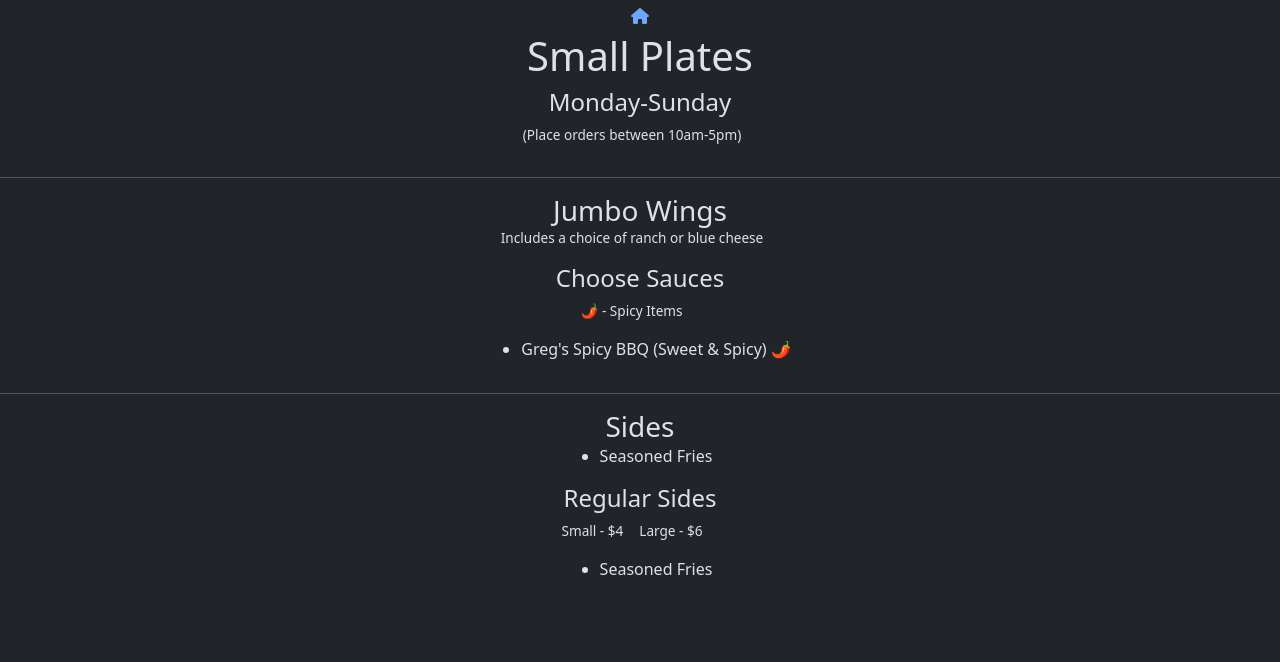
Repository: dukedward/smokehousemenu
Page: plates/index.html
These files come from the project's save history. The page is drawn as it stood at one moment and after the next save; the edit follows.
The browser window is 1280 px wide. The pictures show the whole page.
Some web libraries are served in a nearby version.

Above is the page before, as saved 2023-03-06 13:18:06.

### plates/index.html
<!DOCTYPE html>
<html lang="en" data-bs-theme="dark">
<head>
    <meta charset="UTF-8">
    <meta http-equiv="X-UA-Compatible" content="IE=edge">
    <meta name="viewport" content="width=device-width, initial-scale=1.0">
    <link rel="stylesheet" href="https://cdnjs.cloudflare.com/ajax/libs/font-awesome/6.3.0/css/all.min.css" integrity="sha512-SzlrxWUlpfuzQ+pcUCosxcglQRNAq/DZjVsC0lE40xsADsfeQoEypE+enwcOiGjk/bSuGGKHEyjSoQ1zVisanQ==" crossorigin="anonymous" referrerpolicy="no-referrer" />
    <link href="https://cdn.jsdelivr.net/npm/bootstrap@5.3.0-alpha1/dist/css/bootstrap.min.css" rel="stylesheet" integrity="sha384-GLhlTQ8iRABdZLl6O3oVMWSktQOp6b7In1Zl3/Jr59b6EGGoI1aFkw7cmDA6j6gD" crossorigin="anonymous">
    <link rel="stylesheet" href="../style.css" />
    <link rel="shortcut icon" href="../images/favicon.ico" type="image/x-icon">
    <title>Small Plates</title>
</head>
<body>
    <div class="title">
        <a href="/">
            <i class="fa-solid fa-house mt-2 mb-2"></i>
        </a>
        <h1>Small Plates</h1>
        <h4>Monday-Sunday</h4>
        <p>(Place orders between 10am-5pm)</p>
    </div>
    <!-- <hr>
    <div class="sections">
        <div class="sect">
            <h3>Jumbo Wings</h3>
            <div class="desc">
                <p>Includes a choice of ranch or blue cheese</p>
            </div>
            <div class="sub-sect">
                <h4>Choose Amount:</h4>
                <ul>
                    <li>5pc - $7.50</li>
                    <li>10pc - $13</li>
                    <li>20pc - $22</li>
                    <li>30pc - $31</li>
                </ul>
            </div>
            <div class="sub-sect">
                <h4>Choose Style:</h4>
                <ul>
                    <li>Traditional Fried</li>
                    <li>Smoke Fried</li>
                    <li>Signature Wild Wings</li>
                </ul>
            </div>
            <div class="sub-sect">
                <h4>Choose Sauces:</h4>
                <div class="desc">
                    <p>🌶️ - Spicy items</p>
                </div>
                <ul>
                    <li>Greg's Sweet BBQ</li>
                    <li>Sweet Teriyaki</li>
                    <li>Garlic Parmesan</li>
                    <li>Honey Mustard</li>
                    <li>Lemon Pepper</li>
                    <li>Carolina Gold 🌶️</li>
                    <li>Buffalo Sauce 🌶️</li>
                    <li>Hot Garlic 🌶️</li>
                    <li>Hot Honey Garlic 🌶️</li>
                    <li>Greg's Spicy BBQ (Sweet & Spicy) 🌶️</li>
                    <li>Honey Sriracha 🌶️</li>
                    <li>Spicy Honey Mustard 🌶️</li>
                    <li>Sweet Thai Chili 🌶️</li>
                </ul>
            </div>
        </div>
        <hr>
        <div class="sect">
            <h3>Smoked Pork Ribs</h3>
            <ul>
                <li>(2) Bone - $7</li>
                <li>Half Rack - $17.50</li>
                <li>Full Rack - $33</li>
            </ul>
            <h3>Smoked Beef Ribs</h3>
            <ul>
                <li>(1) Bone - $15</li>
                <li>(2) Bones - $25</li>
            </ul>
        </div>
        <hr>
        <div class="sect">
            <h3>Regular Sides</h3>
            <div class="desc">
                <p>Small - $4</p>
                <p>Large - $6</p>
            </div>
            <ul>
                <li>Seasoned Fries</li>
                <li>Tater Tots</li>
            </ul>
            <h3>Specialty Sides</h3>
            <div class="desc">
                <p>Cup - $7</p>
                <p>Pint - $12</p>
                <p>Quart - $21</p>
            </div>
            <ul>
                <li>White chedder Mac-n-Cheese</li>
                <li>Mommas Baked Beans (made w/ beef)</li>
                <li>Southern Green Beans (made w/ Turkey)</li>
            </ul>
            <h3>Garlic Toast</h3>
            <ul>
                <li>Small Basket (3) - $4</li>
                <li>Large Basket (6) - $6</li>
            </ul>
        </div>
        <hr>
        <div class="sect">
            <h3>Plates</h3>
            <div class="desc">
                <p>Includes 1 side & garlic toast</p>
                <p>$3 extra for specialty sides</p>
            </div>
            <ul>
                <li>Fried Shrimp Plate - $16</li>
                <li>Fried Catfish Plate - $16</li>
                <li>Small Wing Plate (5) - $10</li>
                <li>Large Wing Plate (10) - $16</li>
                <li>Chicken Finger Plate (4) - $12</li>
                <li>BBQ Chicken Plate (Leg & Thigh) - $11</li>
                <li>Fried Chicken Plate (Leg & Thigh) - $12</li>
                <li>Pulled Pork (1/2 lb) - $13</li>
                <li>Pork Rib Plate (4) - $15</li>
                <li>Beef Short Rib Plate (1/2 lb) - $20</li>
                <li>Smoked Sausage (1 lb Sliced) - $12</li>
            </ul>
        </div>
        <hr>
        <div class="sect">
            <h3>Sandwiches</h3>
            <div class="desc">
                <p>Includes one side</p>
            </div>
            <ul>
                <li>Chicken Sandwich - $13</li>
                <li>Short Rib Sandwich - $18</li>
                <li>Sausage & Peppers Pork - $15</li>
                <li>Cheese Burger - $11</li>
            </ul>
            <h3>Sliders</h3>
            <div class="desc">
                <p>Includes one side and sauce of choice</p>
            </div>
            <ul>
                <li>Chicken Sliders - $12</li>
                <li>Pulled Pork Sliders - $14</li>
                <li>Beef Short Rib Sliders - $16</li>
                <li>Mix-n-Match Sliders - $15</li>
            </ul>
        </div>
        <hr>
        <div class="sect">
            <h3>Add Ons</h3>
            <ul>
                <li>Side Shrimp (1/4 lb) - $7</li>
                <li>Catfish (1) - $7</li>
                <li>Chicken Finger (1) - $3</li>
                <li>Pork Sausage (1) - $7</li>
            </ul>
        </div>
    </div> -->
    <div class="bottom"></div>
    <script src="https://cdn.jsdelivr.net/npm/bootstrap@5.3.0-alpha1/dist/js/bootstrap.bundle.min.js" integrity="sha384-w76AqPfDkMBDXo30jS1Sgez6pr3x5MlQ1ZAGC+nuZB+EYdgRZgiwxhTBTkF7CXvN" crossorigin="anonymous"></script>
    <script src="../script.js"></script>
</body>
</html>

### style.css
.container {
    height: 100vh;
}

.title {
	display: flex;
	flex-direction: column;
	justify-content: center;
	align-items: center;
}

.sections {
	display: grid;
}

.sect, .sub-sect {
	display: flex;
	flex-direction: column;
	justify-content: left;
	align-items: center;
}

.sect h2,h3 {
    margin-bottom: 0;
}

.desc {
    display: flex;
    flex-direction: row;
    justify-content: space-between;
}

.desc p,.title p {
    padding-right: 1rem;
    font-size: .85rem;
}

### script.js
// Collecting DOM Elements
const bottom = document.querySelector('.bottom');
const sections = document.querySelector('.sections');

// API Data
const categories = [
    {
        name: 'Jumbo Wings',
        hasSubSection: true,
        description: [
            {
                text: 'Includes a choice of ranch or blue cheese',
            },
        ],
    },{
        name: 'Sides',
        hasSubSection: true,
        description: [],
    },
];
const products = [
    {
        name: 'Greg\'s Spicy BBQ (Sweet & Spicy) 🌶️',
        image: '',
        price: 0,
        category: {
            _id: '640533ab345c72c36a197c35',
            name: 'Jumbo Wings'
        },
    }, {
        name: 'Seasoned Fries',
        image: '',
        price: 0,
        category: {
            _id: '87689736897163987',
            name: 'Sides'
        }
    }
];
const subCategories = [
    {
        name: 'Choose Sauces',
        description: [
            {
                text: '🌶️ - Spicy Items',
            },
        ],
        category: {
            _id: '640533ab345c72c36a197c35',
            name: 'Jumbo Wings'
        },
    }, {
        name: 'Regular Sides',
        description: [
            {
                text: 'Small - $4'
            },
            {
                text: 'Large - $6'
            }
        ],
        category: {
            _id: '87689736897163987',
            name: 'Sides'
        }
    }
];

document.body.onload = addSection;

function addSection() {
    let catName, subCatName, prodName = ''
    for(i=0; i < categories.length; i++) {
            catName = categories[i].name;
            // create a new div element
            const lineBreak = document.createElement("hr");
            const newDiv = document.createElement("div");
            newDiv.className = "sect";

            // and give it some content
            // Section Title
            const newSectTitle = document.createElement("h3");
            newSectTitle.innerHTML = catName;

            // Section Description
            console.log(categories[i].description.length);
            const newDesc = document.createElement("div");
            newDesc.className = "desc";
            for(e=0; e < categories[i].description.length; e++ ) {
                const newDescText = document.createElement("p");
                newDescText.innerHTML = categories[i].description[i].text;
                // console.log(categories[i].description[i].text);
                newDesc.appendChild(newDescText);
            }

            if(categories[i].hasSubSection === true) {
                for (s=0; s < subCategories.length; s++) {
                    subCatName = subCategories[s].category.name
                    if (catName === subCatName) {
                        // Sub Section
                        const newSubSect = document.createElement("div");
                        newSubSect.className = "sub-sect";

                        // Sub Section Title
                        const newSubSectTitle = document.createElement("h4");
                        newSubSectTitle.innerHTML = subCategories[s].name;

                        // Sub Section Description
                        const newSubSectDesc = document.createElement('div');
                        newSubSectDesc.className = "desc";
                        for (d=0; d < subCategories[s].description.length; d++) {
                            const newSubSectDescText = document.createElement("p");
                            newSubSectDescText.innerHTML = subCategories[s].description[d].text;
                            newSubSectDesc.appendChild(newSubSectDescText);

                            // Sub Section List
                            const newSubSectList = document.createElement('ul');
                            for (p=0; p < products.length; p++) {
                                prodName = products[p].category.name
                                if (catName === prodName) {
                                    const newSubSectListItem = document.createElement('li');
                                    newSubSectListItem.innerHTML = products[p].name
                                    newSubSectList.appendChild(newSubSectListItem)
                                }

                            }
                            // Appending all elements to Sub Section
                            newSubSect.appendChild(newSubSectTitle)
                            newSubSect.appendChild(newSubSectDesc)
                            newSubSect.appendChild(newSubSectList)

                            // Appending all elements to Parent Div
                            newDiv.appendChild(newSectTitle);
                            newDiv.appendChild(newDesc);
                            newDiv.appendChild(newSubSect)
                        }
                    }
                }
            } else {
                //  Section List
                const newSectList = document.createElement('ul');
                for (p=0; p < products.length; p++) {
                    const newSectListItem = document.createElement('li');
                    newSectListItem.innerHTML = products[p].name
                    newSectList.appendChild(newSectListItem)
                }

                // Appending all elements to Parent Div
                newDiv.appendChild(newSectTitle);
                newDiv.appendChild(newDesc);
                newDiv.appendChild(newSectList)
            }

            // add the newly created element and its content into the DOM
            document.body.insertBefore(lineBreak, bottom)
            document.body.insertBefore(newDiv, bottom)
            }
}

After the next save:
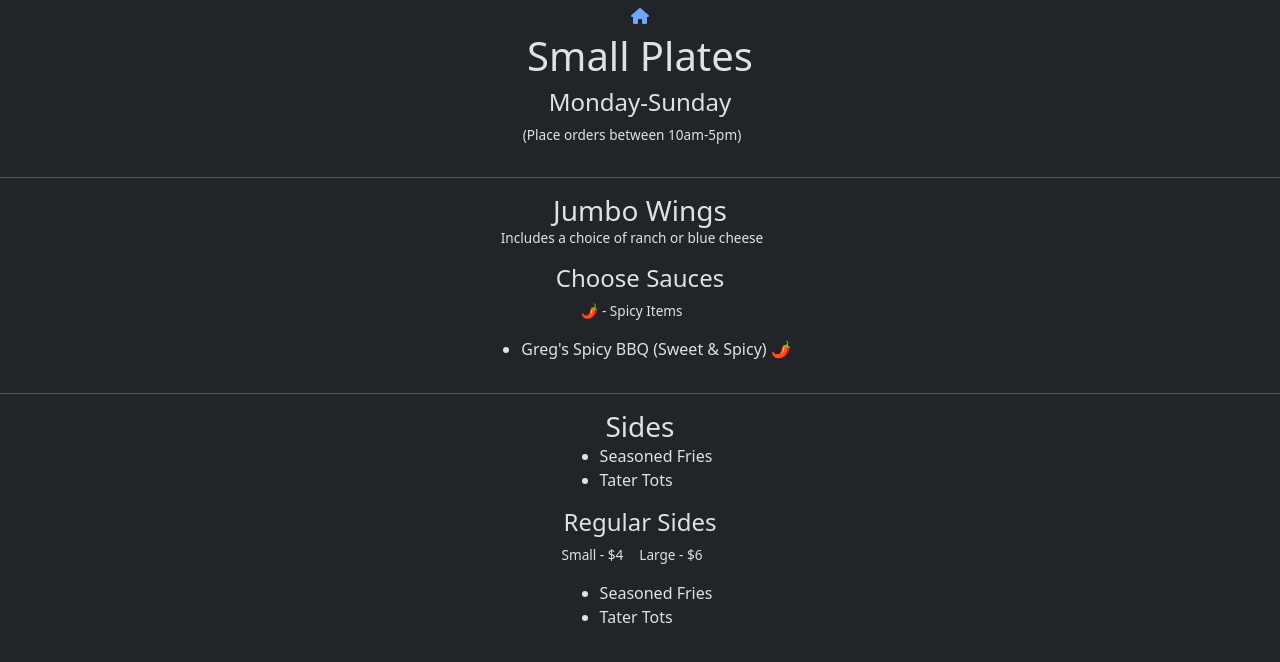
Saved 37 s later.
--- a/script.js
+++ b/script.js
@@ -29,6 +29,14 @@ const products = [
         },
     }, {
         name: 'Seasoned Fries',
+        image: '',
+        price: 0,
+        category: {
+            _id: '87689736897163987',
+            name: 'Sides'
+        }
+    }, {
+        name: 'Tater Tots',
         image: '',
         price: 0,
         category: {
